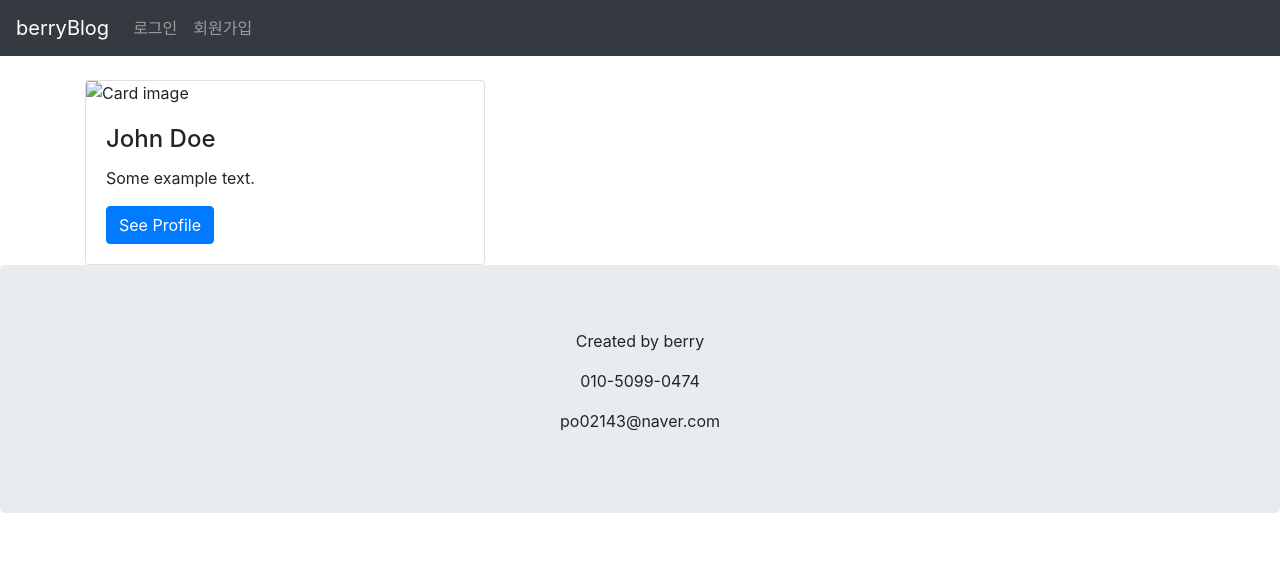
Repository: dlehsals/SpringBootBlog
Page: http://localhost/blog/WEB-INF/views/board/index.jsp
The author's editor kept a copy of each file at every save. The page is drawn from the files as they stood at one save, then again after the next save.
The browser window is 1280 px wide. The pictures show the whole page.
The page is served by Tomcat 9. Nobody is signed in. Other server files are loaded and not shown. The template is opened directly, without the code that normally fills it, so the values that code supplies are empty.

Above is the page before, as saved 2022-01-08 14:49:12.
Not found: blog/blog/WEB-INF/views/board/img_avatar1.png

### blog/src/main/webapp/WEB-INF/views/board/index.jsp
<%@ page language="java" contentType="text/html; charset=EUC-KR" pageEncoding="EUC-KR"%>
<!DOCTYPE html>
<html lang="en">
<head>
  <title>Bootstrap Example</title>
  <meta charset="utf-8">
  <meta name="viewport" content="width=device-width, initial-scale=1">
  <link rel="stylesheet" href="https://cdn.jsdelivr.net/npm/bootstrap@4.6.1/dist/css/bootstrap.min.css">
  <script src="https://cdn.jsdelivr.net/npm/jquery@3.5.1/dist/jquery.slim.min.js"></script>
  <script src="https://cdn.jsdelivr.net/npm/popper.js@1.16.1/dist/umd/popper.min.js"></script>
  <script src="https://cdn.jsdelivr.net/npm/bootstrap@4.6.1/dist/js/bootstrap.bundle.min.js"></script>
</head>
<body>

<nav class="navbar navbar-expand-md bg-dark navbar-dark">
  <a class="navbar-brand" href="/blog">berryBlog</a>
  <button class="navbar-toggler" type="button" data-toggle="collapse" data-target="#collapsibleNavbar">
    <span class="navbar-toggler-icon"></span>
  </button>
  <div class="collapse navbar-collapse" id="collapsibleNavbar">
    <ul class="navbar-nav">
      <li class="nav-item">
        <a class="nav-link" href="/user/login">로그인</a>
      </li>
      <li class="nav-item">
        <a class="nav-link" href="/user/join">회원가입</a>
      </li>
    </ul>
  </div>
</nav>
<br>

<!-- content start-->
	<div class="container">
		<div class="card" style="width: 400px">
			<img class="card-img-top" src="img_avatar1.png" alt="Card image">
			<div class="card-body">
				<h4 class="card-title">John Doe</h4>
				<p class="card-text">Some example text.</p>
				<a href="#" class="btn btn-primary">See Profile</a>
			</div>
		</div>
	</div>
	<!-- content end -->

<!-- footer start -->
<div class="jumbotron text-center" style="margin-bottom:0">
  <p>Created by berry</p>
  <p>010-5099-0474</p>
  <p>po02143@naver.com</p>
</div>
<!-- footer end -->
</body>
</html>

After the next save:
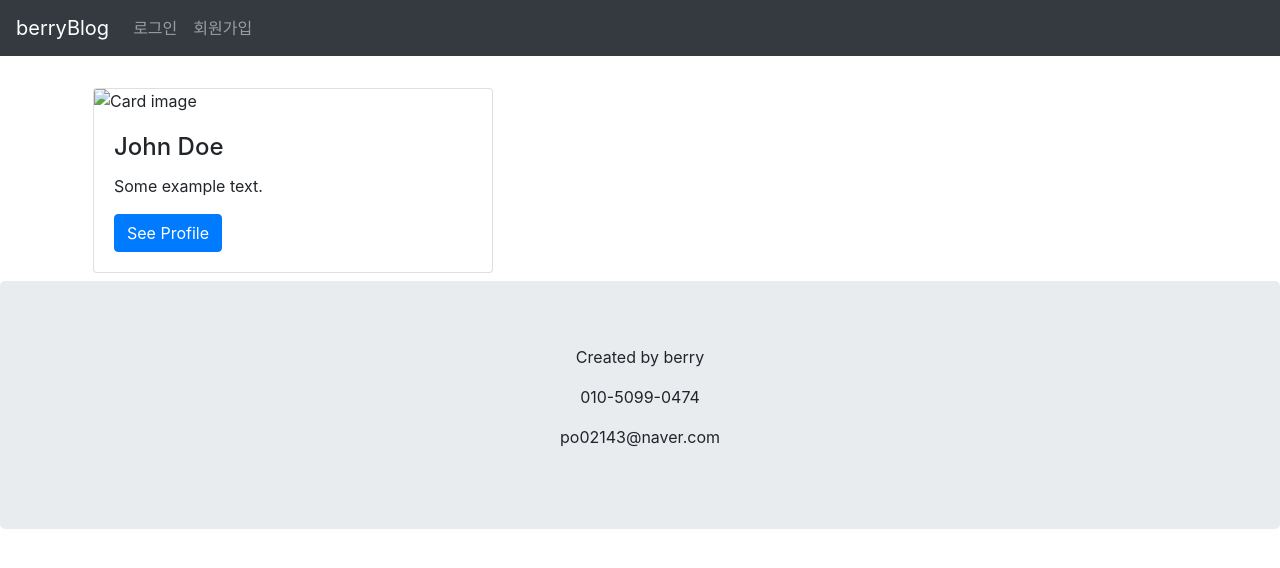
Saved 37 s later.
--- a/blog/src/main/webapp/WEB-INF/views/board/index.jsp
+++ b/blog/src/main/webapp/WEB-INF/views/board/index.jsp
@@ -32,7 +32,7 @@
 
 <!-- content start-->
 	<div class="container">
-		<div class="card" style="width: 400px">
+		<div class="card m-2" style="width: 400px">
 			<img class="card-img-top" src="img_avatar1.png" alt="Card image">
 			<div class="card-body">
 				<h4 class="card-title">John Doe</h4>
